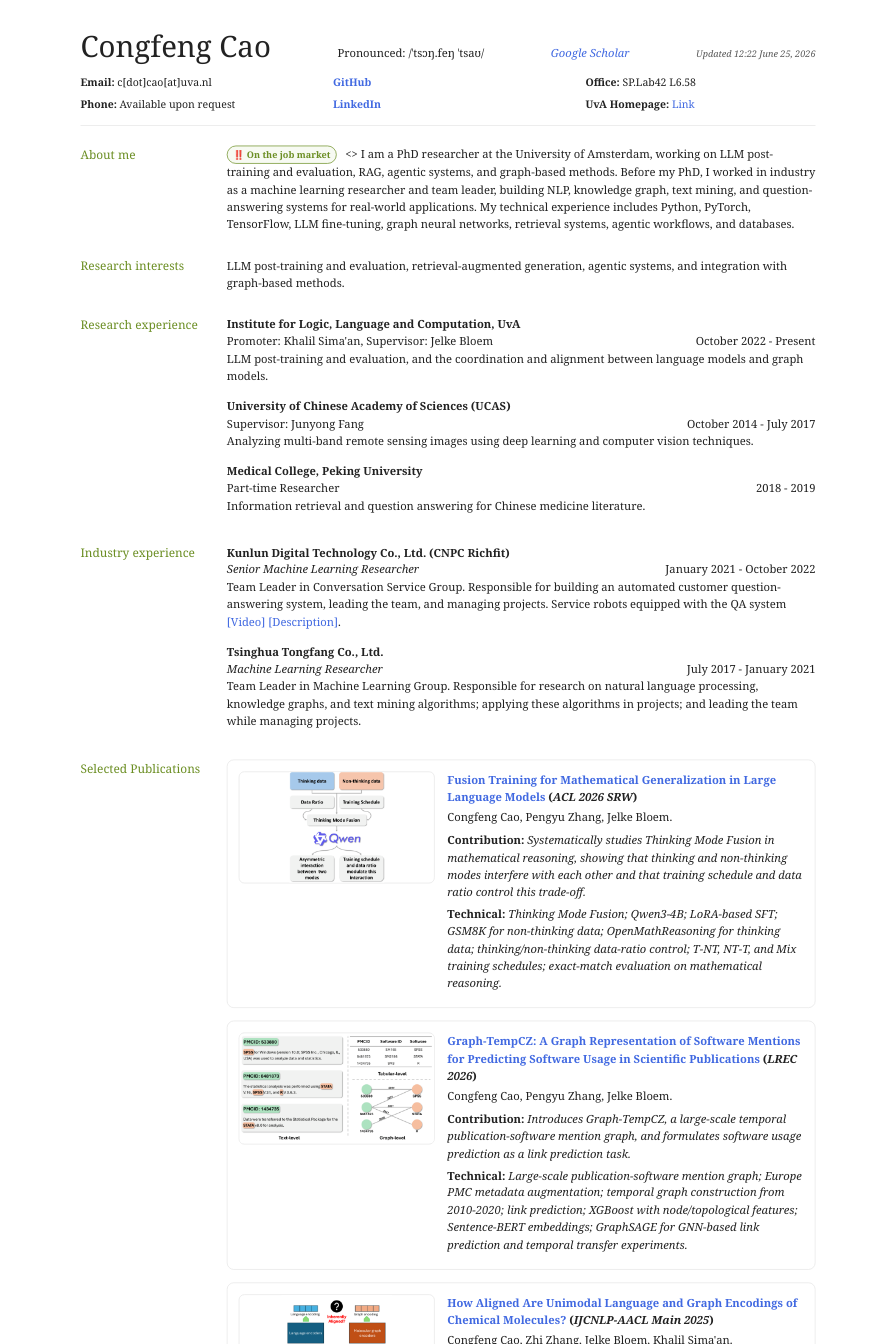
Repository: caocongfeng/caocongfeng.github.io
Page: index.html
These files come from the project's save history. The page is drawn as it stood at one moment and after the next save; the edit follows.
The browser window is 1280 px wide. The pictures show the part of the page from y = 0 to 1920 px (the page is 4727 px tall), at 70% of full size.

Above is the page before, as saved 2026-06-25 13:06:50.

After the next save:
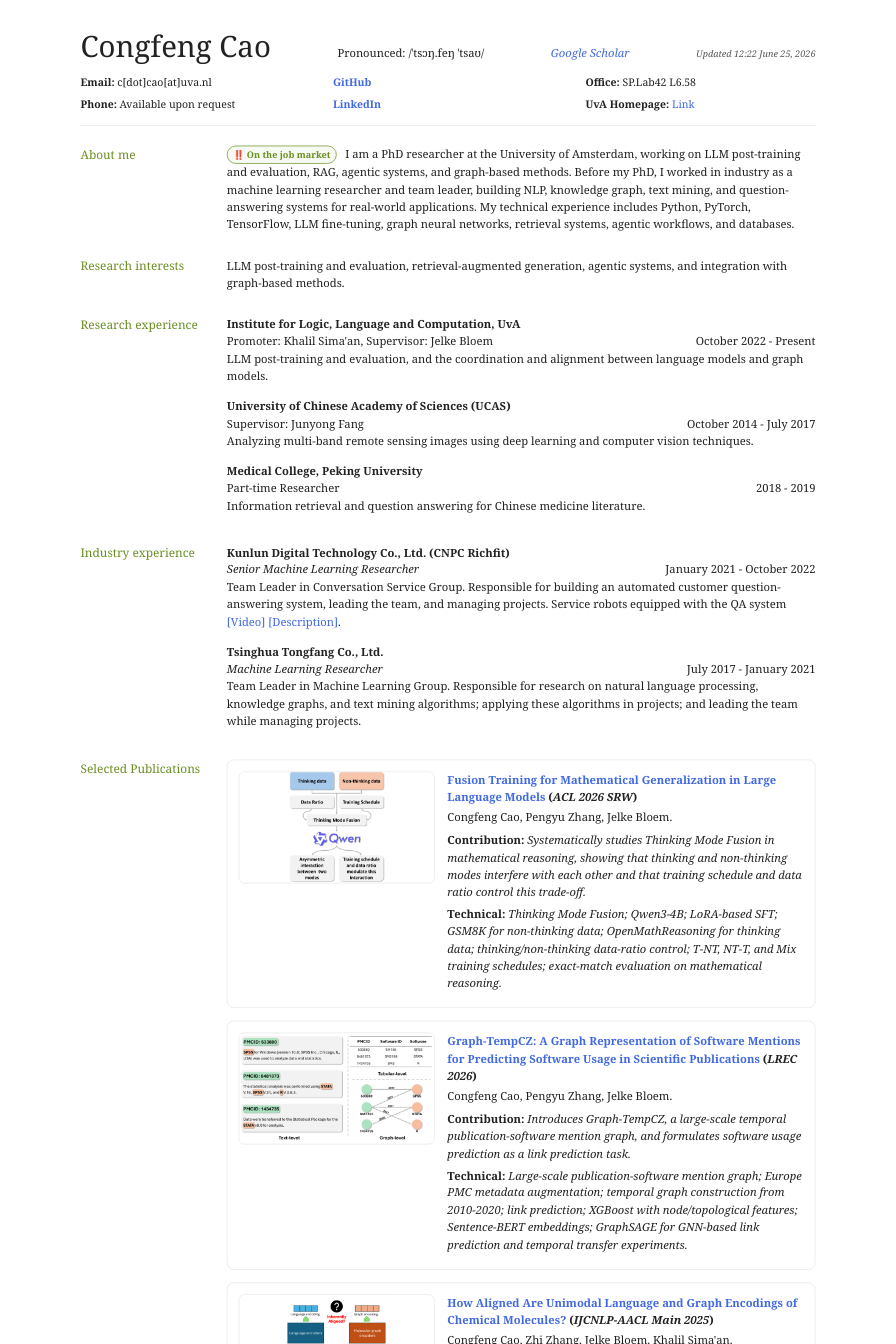
Saved 11 s later.
--- a/index.html
+++ b/index.html
@@ -347,7 +347,7 @@
       <div class="section-title">About me</div>
       <div class="section-content">
         <p>
-          <span class="job-market-badge">‼️ On the job market</span> <>
+          <span class="job-market-badge">‼️ On the job market</span> <huan>
 
           I am a PhD researcher at the University of Amsterdam, working on LLM post-training and evaluation, RAG, agentic systems, and graph-based methods. Before my PhD, I worked in industry as a machine learning researcher and team leader, building NLP, knowledge graph, text mining, and question-answering systems for real-world applications. My technical experience includes Python, PyTorch, TensorFlow, LLM fine-tuning, graph neural networks, retrieval systems, agentic workflows, and databases.</p>
       </div>
